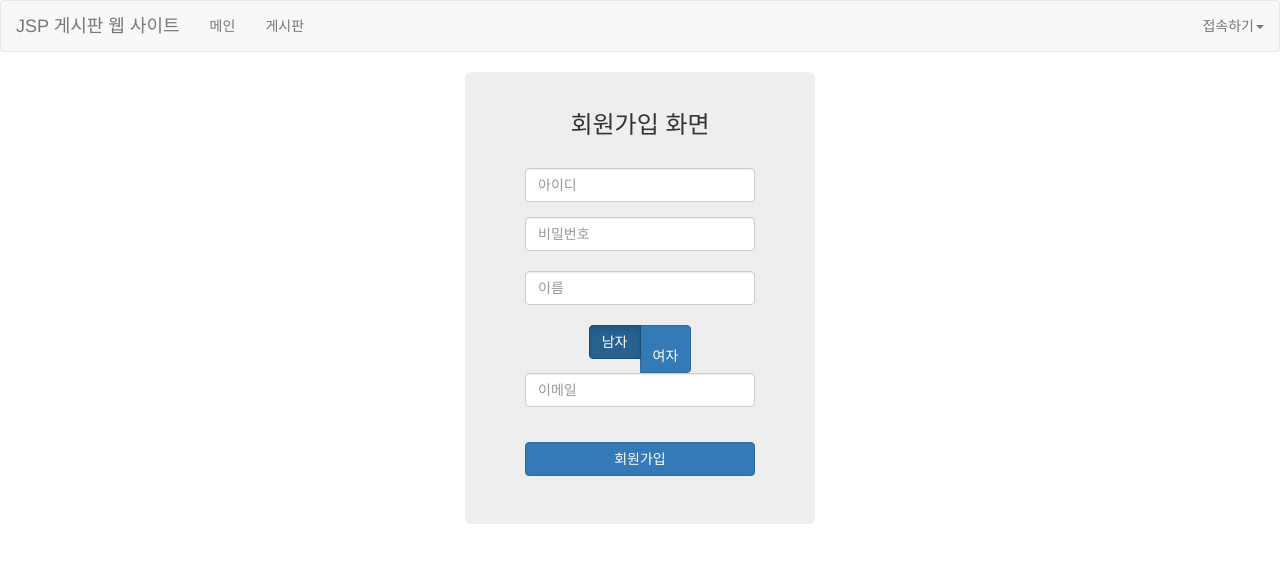
Repository: chyun94/JSP-
Page: http://localhost/BBS/join.jsp
An editor plug-in stored every save of this project. The page is shown before and after a run of saves, followed by the edit.
The browser window is 1280 px wide. The pictures show the whole page.
Some web libraries are served in a nearby version. The page is served by Tomcat 9.

Above is the page before, as saved 2021-05-07 17:34:05.

After the next 2 saves:
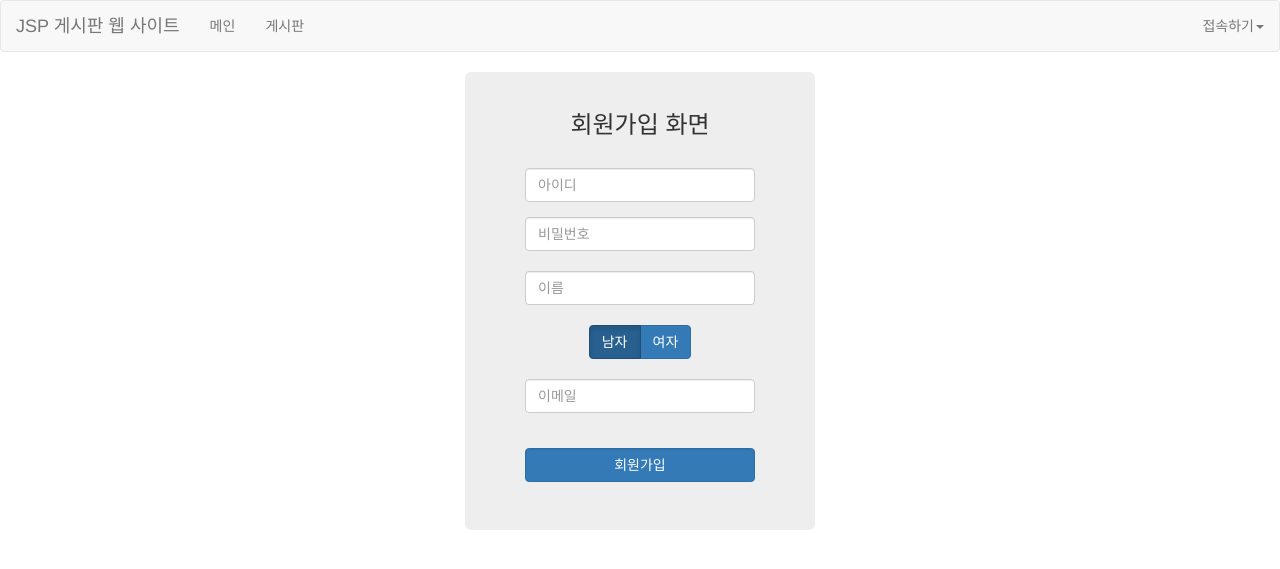
The 2 saves are shown as one change because they came seconds apart.
The last was saved 11 s later.
--- a/BBS/WebContent/join.jsp
+++ b/BBS/WebContent/join.jsp
@@ -69,12 +69,12 @@
 							<label class="btn btn-primary active">
 								<input type="radio" name="userGender" autocomplete="off" value="남자" checked="checked">남자
 							</label>
-							<label class="btn btn-primary" style="padding-top: 20px;">
+							<label class="btn btn-primary" >
 								<input type="radio" name="userGender" autocomplete="off" value="여자" checked="checked">여자
 							</label>
 						</div>
 
-					<div>
+					<div style="padding-top: 20px;">
 						<input type="email" class="form-control" placeholder="이메일" name="userEmail" maxlength="20">
 					</div>
 					</div>
